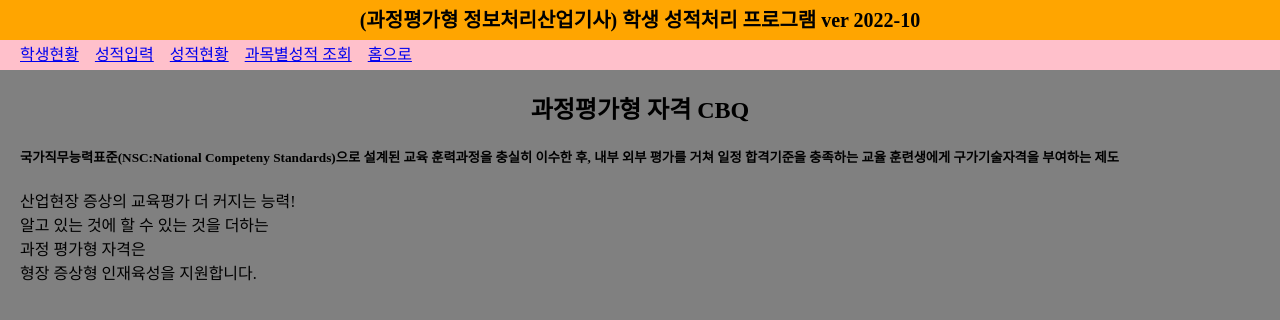
Repository: wjdwlgns1101/school_hrd
Page: http://localhost/school_30111/
The author's editor kept a copy of each file at every save. The page is drawn from the files as they stood at one save, then again after the next save.
The browser window is 1280 px wide. The pictures show the whole page.
The page is served by Tomcat 9.

Above is the page before, as saved 2024-04-29 07:08:13.

### hrd_30111_school2 완성/school_30111/src/main/webapp/index.jsp
<%@ page language="java" contentType="text/html; charset=EUC-KR"
    pageEncoding="EUC-KR"%>
<!DOCTYPE html>
<html>
<head>
<meta charset="EUC-KR">
<title>Insert title here</title>
</head>
<body>
<jsp:include page="header.jsp"></jsp:include>

<section style="position: fixed; background-color: gray; width: 100%; top: 70px; height: 100%; left: 0;">
	<h2 style="text-align: center;"><b>과정평가형 자격 CBQ</b></h2>
	<h5 style="padding-left: 20px"> 국가직무능력표준(NSC:National Competeny Standards)으로 설계된 교육 훈력과정을 충실히 이수한 후, 내부 외부 평가를 거쳐 일정 합격기준을 충족하는 교율 훈련생에게 구가기술자격을 부여하는 제도 </h5>
	<p style="padding-left: 20px">
	산업현장 증상의 교육평가 더 커지는 능력! <br>
	알고 있는 것에 할 수 있는 것을 더하는 <br>
	과정 평가형 자격은 <br>
	형장 증상형 인재육성을 지원합니다.

	</p>

</section>


<jsp:include page="footer.jsp"></jsp:include>
</body>
</html>

### hrd_30111_school2 완성/school_30111/src/main/webapp/header.jsp
<%@ page language="java" contentType="text/html; charset=EUC-KR"
    pageEncoding="EUC-KR"%>
<!DOCTYPE html>
<html>
<head>
<meta charset="EUC-KR">
<title>Insert title here</title>
</head>
<body>
<header style="position:fixed; width: 100%; top:0; height:40px; left:0; background: orange; text-align: center; line-height: 40px; font-size: 20px">
	<b> (과정평가형 정보처리산업기사) 학생 성적처리 프로그램 ver 2022-10 </b>
</header>
<nav style=" position:fixed; width: 100%; padding-left:20px; top: 40px; line-height:30px; left:0;  background: pink;">
	<a href="#">학생현황</a> &nbsp;&nbsp;
	<a href="#">성적입력</a> &nbsp;&nbsp;
	<a href="#">성적현황</a> &nbsp;&nbsp;
	<a href="#">과목별성적 조회</a> &nbsp;&nbsp;
	<a href="index.jsp">홈으로</a>
</nav>

</body>
</html>

### hrd_30111_school2 완성/school_30111/src/main/webapp/footer.jsp
<%@ page language="java" contentType="text/html; charset=EUC-KR"
    pageEncoding="EUC-KR"%>
<!DOCTYPE html>
<html>
<head>
<meta charset="EUC-KR">
<title>Insert title here</title>
</head>
<body>


</body>
</html>

After the next save:
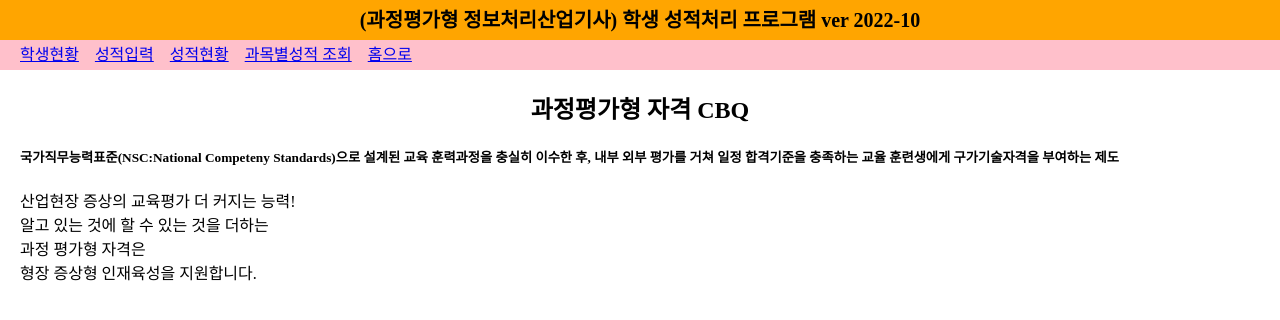
Saved 34 s later.
--- a/hrd_30111_school2 완성/school_30111/src/main/webapp/index.jsp
+++ b/hrd_30111_school2 완성/school_30111/src/main/webapp/index.jsp
@@ -9,7 +9,7 @@
 <body>
 <jsp:include page="header.jsp"></jsp:include>
 
-<section style="position: fixed; background-color: gray; width: 100%; top: 70px; height: 100%; left: 0;">
+<section style="position: fixed; background-color: lingt gray; width: 100%; top: 70px; height: 100%; left: 0;">
 	<h2 style="text-align: center;"><b>과정평가형 자격 CBQ</b></h2>
 	<h5 style="padding-left: 20px"> 국가직무능력표준(NSC:National Competeny Standards)으로 설계된 교육 훈력과정을 충실히 이수한 후, 내부 외부 평가를 거쳐 일정 합격기준을 충족하는 교율 훈련생에게 구가기술자격을 부여하는 제도 </h5>
 	<p style="padding-left: 20px">
